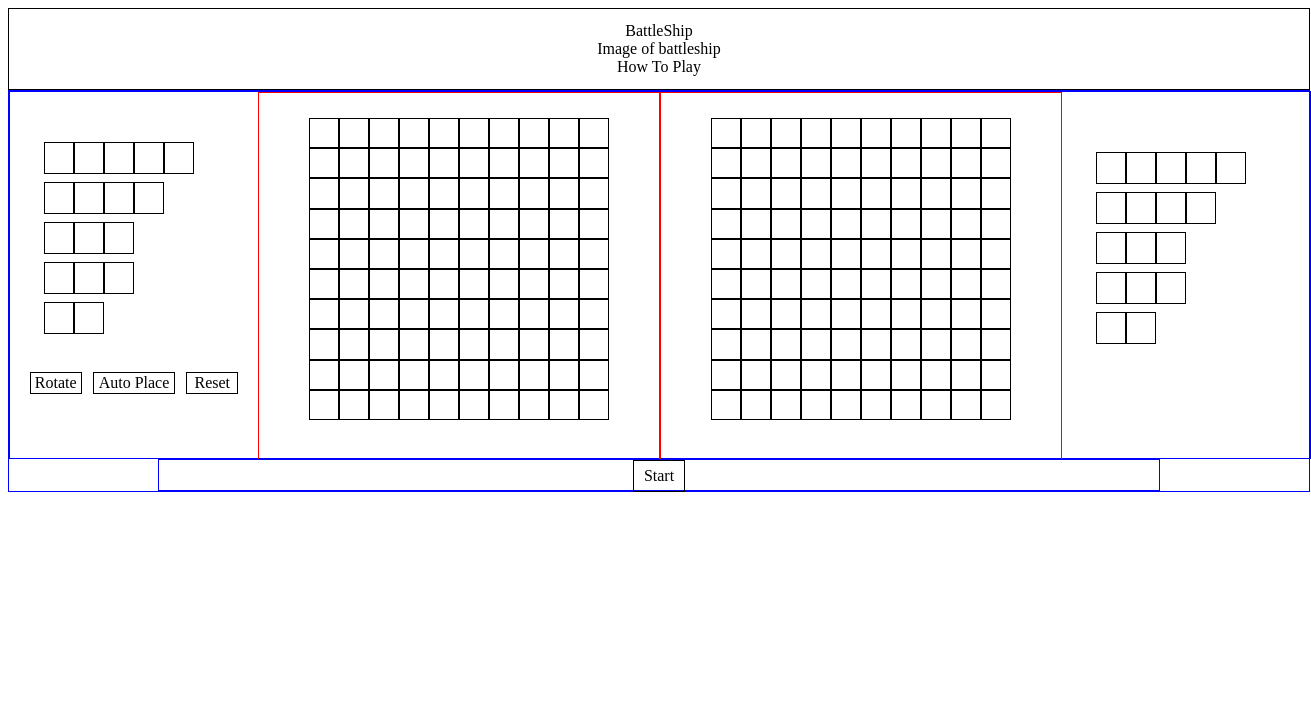
Repository: J-Haze/BattleshipApp
Page: /
An editor plug-in stored every save of this project. The page is shown before and after the next save, followed by the edit.
The browser window is 1280 px wide. The page is 1311 px wide, so the pictures cover 1311 px, including what lies to the right of the window. The pictures show the whole page.
The project was rebuilt for these pictures with package versions that can differ from the ones it lists, and the page was loaded fresh each time. Also part of the build but not shown: src/index.css.

Above is the page before, as saved 2020-09-26 10:10:09.

### src/App.js
import React from "react";
import "./App.css";
import Game from "./Components/Game";
import Header from "./Components/Header"
// import { ProgressPlugin } from "webpack";

//test

function App() {
  return (
    <div className="App">
      <Header />
      <Game />
    </div>
  );
}

export default App;

### src/App.css
/* test */
:root{
    --black: #1B262C;
}


header {
    border: 1px solid black;

    display: flex;
    flex-direction: column;
    justify-content: center;
    align-items: center;
    margin-left: auto;
    margin-right: auto;
    width: 1300px;
    height: 80px;

}

/* div {
    border: 1px solid black;
} */

#how-to:hover{
    cursor: pointer;
}

#game{
    width: 1300px;
    height: 400px;
    display: flex;
    flex-direction: column;
    border: 1px solid blue;
    margin-left: auto;
    margin-right: auto;
}

.column{
    width: 400px;
    height: 100%;
    border: 1px solid red;
}

.board{
    height: 300px;
    width: 300px;
    margin-left: auto;
    margin-right: auto;
    margin-top: 25px;

    display: grid;
    grid-template-columns: repeat(1, 1fr);
    grid-template-rows: repeat(10, 1fr);
    gap: 2px;
}

.row{
    display: flex;
    /* height: 30px; */
    height: 1fr;
    width: 1fr;
}

.square{
    /* height: 100%;
    width: 10%; */
    display: flex;
    height: 100%;
    width: 10%;
    border: 1px solid black;
}

.ship{
    background-color:gray;
    height: 100%;
    width: 100%;
}

.hit{
    background-color:red;
    height: 100%;
    width: 100%;
}

.miss{
    background-color:lightblue;
    height: 100%;
    width: 100%;
}

.sunk{
    background-color:black;
    height: 100%;
    width: 100%;
}

.empty{
    /* background-color: yellow; */
    height: 100%;
    width: 100%;
}

.clickable:hover{
    background-color: rgb(205, 205, 205);
    cursor: pointer;
}

#top-row{
    display: flex;
    width: 1300px;
    height: 400px;
    border: 1px solid blue;
    margin-left: auto;
    margin-right: auto;
}

#bottom-row{
    display: flex;
    width: 1000px;
    height: 30px;
    border: 1px solid blue;
    margin-left: auto;
    margin-right: auto;
}

#start-button{
    margin-left: auto;
    margin-right: auto;
}

.fleet-square{
    width: 30px;
    height: 30px;
    border: 1px solid black;
}

.fleet-horizontal{
    height: 220px;
    width: 220px;
    margin-top: 50px;
    margin-left: auto;
    margin-right: auto;
}

.ship-harbor-horizontal{
    display: flex;
    height: 30px;
    margin-top: 10px;
    margin-left: 20px;
    border: none;
}

.carrier-horizontal{
    width: 150px;
}

.battleship-horizontal{
    width: 120px;
}

.cruiser-horizontal{
    width: 90px;
}

.submarine-horizontal{
    width: 90px;
}

.destroyer-horizontal{
    width: 60px;
}

.fleet-vertical{
    display: flex;
    height: 220px;
    width: 220px;
    margin-top: 50px;
    margin-left: auto;
    margin-right: auto;
}

.ship-harbor-vertical{
    display: flex;
    flex-direction: column;
    width: 30px;
    margin-left: 10px;
    margin-top: 50px;
    border: none;
}

.carrier-vertical{
    height: 150px;
}

.battleship-vertical{
    height: 120px;
}

.cruiser-vertical{
    height: 90px;
}

.submarine-vertical{
    height: 90px;
}

.destroyer-vertical{
    height: 60px;
}

.toggle{
    background-color: gray;
}

.boat-placed{
    background-color: black;
    width: 30px;
    height: 30px;
    border: 1px solid black;
}

#setup{
    margin-left: auto;
    margin-right: auto;
}

#setup-buttons{
    display: flex;
    margin-top: 10px;
}

.btn{
    height: 20px;
    display: flex;
    justify-content: center;
    align-items: center;
    margin-left: auto;
    margin-right: auto;
    border: 1px solid black;
}

.btn:hover{
    cursor: pointer;
}

#rotate{
    width: 50px;
}

#auto-place{
    width: 80px;
}

#reset{
    width: 50px;
}

#start-button{
    border: 1px solid black;
    display: flex;
    justify-content: center;
    align-items: center;
    width: 50px;
    height: 30px;
}

#start-button:hover{
    cursor: pointer;
}

#newGame{
    border: 1px solid black;
    display: flex;
    justify-content: center;
    align-items: center;
    margin-left: auto;
    margin-right: auto;
    width: 80px;
    height: 30px;
}

#newGame:hover{
    cursor: pointer;
}


/* End of Game Modal */

.modal{
    display: block;
    position: fixed;
    z-index: 1;
    left: 0;
    top: 0;
    width: 100%;
    height: 100%;
    overflow: auto;
    background-color: rgb(0,0,0);
    background-color: rgba(0,0,0,0.4);
  }

  .modal-content{
    background-color: #fefefe;
    margin: 15% auto;
    padding: 20px;
    border: 1px solid #888;
    width: 350px;

  }

  .close{
    color: #aaa;
    float: right;
    font-size: 28px;
    font-weight: bold;
  }

  .close:hover, .close:focus {
    color: black;
    text-decoration: none;
    cursor: pointer;
  }

### src/Components/Game.js
import React, { useState, useEffect } from "react"
import shipFactory from "../factories/ship"
import gameboardFactory from "../factories/gameboard"
import player from "../factories/player"
import Board from "./Board.js"
import Row from "./Row.js"
import PlayerFleet from "./PlayerFleet.js"
import Fleet from "./Fleet.js"
import ModalEnd from "./ModalEnd.js"

function Game() {
    const [playerState, setPlayer] = useState(player("Player"))
    const [computer, setComputer] = useState(player("Computer")) //Eventually change to "computer"
    // ^^^ or get rid of argument


    const [rowState, setRowState] = useState([]);
    let rows = [];

    const [orientation, setOrientation] = useState("horizontal");
    const [placingShip, setPlacingShip] = useState(null);

    const [refresh, setRefresh] = useState(false);
    const [update, setUpdate] = useState(false);

    // const [phase, setPhase] = useState("playerTurn")
    const [phase, setPhase] = useState("setup")

    const [modalOpen, setModalOpen] = useState(false);
    const [winner, setWinner] = useState(null);

    function handlePlaceShip(id) {
        playerState.gameboard.placeShip(placingShip, id, orientation);
        setPlayer(playerState)
        setUpdate(!update)
    }


    function togglePlacement(toggledShip) {
        if (playerState.gameboard.boatsPlaced.includes(toggledShip)) {
            console.log("Ship already placed")
            return
        }

        if (placingShip == toggledShip) {
            setPlacingShip(null)
        } else {
            setPlacingShip(toggledShip)
        }
    }

    function rotateShips() {
        if (orientation == "vertical") {
            setOrientation("horizontal")
        } else if (orientation == "horizontal") {
            setOrientation("vertical")
        } else {
            console.log("error- rotation")
        }
    }

    let randomID = "";
    let orientationNumber = "";
    let randomOrientation = ""

    function getRandomInt(min, max) {
        min = Math.ceil(min);
        max = Math.floor(max);
        return Math.floor(Math.random() * (max - min + 1)) + min;
    }

    function autoPlaceShipPlayer(ship) {
        while (!playerState.gameboard.boatsPlaced.includes(ship)) {
            randomID = getRandomInt(0, 99);
            orientationNumber = getRandomInt(0, 1);
            (orientationNumber == 0) ? randomOrientation = "horizontal" : randomOrientation = "vertical";
            playerState.gameboard.placeShip(ship, randomID, randomOrientation);
        }
    }

    function autoPlaceShipComputer(ship) {
        while (!computer.gameboard.boatsPlaced.includes(ship)) {
            randomID = getRandomInt(0, 99);
            orientationNumber = getRandomInt(0, 1);
            (orientationNumber == 0) ? randomOrientation = "horizontal" : randomOrientation = "vertical";
            computer.gameboard.placeShip(ship, randomID, randomOrientation);
        }
    }

    function autoPlace(user) {
        if (user == "player") {
            resetBoard();
            autoPlaceShipPlayer("carrier");
            setPlayer(playerState);
            autoPlaceShipPlayer("battleship");
            setPlayer(playerState);
            autoPlaceShipPlayer("cruiser");
            setPlayer(playerState);
            autoPlaceShipPlayer("submarine");
            setPlayer(playerState);
            autoPlaceShipPlayer("destroyer");
            setPlayer(playerState);
            setUpdate(!update);
        };

        if (user == "computer") {
            autoPlaceShipComputer("carrier");
            setComputer(computer);
            autoPlaceShipComputer("battleship");
            setComputer(computer);
            autoPlaceShipComputer("cruiser");
            setComputer(computer);
            autoPlaceShipComputer("submarine");
            setComputer(computer);
            autoPlaceShipComputer("destroyer");
            setComputer(computer);
            setUpdate(!update);
            setRefresh(!refresh);
        };
    };

    function resetBoard() {
        setPlayer(player("Player"));
        setComputer(player("Computer"));
        setPlacingShip(null);
        setUpdate(!update);
        setRefresh(!refresh);
    }

    let attackCoord = "";

    function startGame() {
        if (playerState.gameboard.boatsPlaced.length > 4) {
            autoPlace("computer")
            setPhase("playerTurn")
        }
    };

    function handleClick(id) {
        attackCoord = playerState.sendAttack(id);
        computer.gameboard.receiveAttack(attackCoord);
        setRefresh(!refresh);
        console.log("allSunk?", computer.gameboard.boatsSunk.length)
        if (computer.gameboard.boatsSunk.length > 4) {
            alert("You won!")
            setWinner("Player")
            setModalOpen(true)
        } else {
            setPhase("computerTurn");
        }
    };

    function createRows(board) {
        rows = [];
        for (let i = 0; i < board.length; i += 10) {
            rows.push(board.slice(i, i + 10));
        }
        setRowState(rows);
    }

    useEffect(() => {
        createRows(computer.gameboard.board);
    }, [computer, refresh]
    );

    let randomAttack = 0;
    function computerAttack() {

        attackCoord = computer.sendAttack(1);
        playerState.gameboard.receiveAttack(attackCoord);
        setPlayer(playerState)
        setUpdate(!update);
        setRefresh(!refresh);

        if (playerState.gameboard.boatsSunk.length > 4) {
            alert("You Lost")
            setWinner("Computer")
            setModalOpen(true)
        } else {
            setPhase("playerTurn");
        }
    }



    useEffect(() => {
        if (phase == "computerTurn") {
            computerAttack();
        }
    }, [phase]
    )

    function newGame() {
        resetBoard();
        setPhase("setup");
    }

    return (
        <div id="game">
            <div id="top-row">
                {modalOpen && <ModalEnd
                    winner={winner}
                // hideModal={hideModal}
                // handleSubmit={handleSubmit}
                // handleChange={handleChange}
                // titleForm={titleForm}
                // authorForm={authorForm}
                // pageForm={pageForm}
                // readForm={readForm}
                // setReadForm={setReadForm}
                />}
                <div id="setup">
                    {/* if phase is setup, display player fleet, else display PlayerGame Fleet */}
                    {/* Make it same as computer's fleet but with different ID */}
                    {(phase == "setup") ?
                        <div id="setup-container">
                            <PlayerFleet
                                id="setup-fleet"
                                className="player-fleet"
                                orient={orientation}
                                togglePlacement={togglePlacement}
                                placingShip={placingShip}
                                phase={phase}
                                boatsPlaced={playerState.gameboard.boatsPlaced}
                                update={update}
                            />
                            <div id="setup-buttons">
                                <div id="rotate" className="btn" onClick={() => rotateShips()}>Rotate</div>
                                <div id="auto-place" className="btn" onClick={() => autoPlace("player")}>Auto Place</div>
                                <div id="reset" className="btn" onClick={() => resetBoard()}>Reset</div>
                            </div>
                        </div>
                        :
                        <Fleet
                            id="player-fleet"
                            phase={phase}
                            boatsSunk={playerState.gameboard.boatsSunk}
                            refresh={refresh}
                        />
                    }
                </div>

                <div id="col-one" className="column">
                    <Board
                        key={"player"}
                        id="player-board"
                        board={playerState.gameboard.board}
                        phase={phase}
                        boardID={"player"}
                        handlePlaceShip={handlePlaceShip}
                        update={update}
                    // handleClick={}
                    // handleTest={handleTest}
                    />


                </div>
                <div id="col-two" className="column">
                    <div id="computer-board" className="board">
                        {rowState.map((row, i) => {
                            return (
                                <Row
                                    key={i}
                                    roww={i}
                                    rowObj={row}
                                    handleClick={handleClick}
                                    phase={phase}
                                    boardID={"computer"}
                                    update={update}
                                />
                            );
                        })
                        }
                    </div>
                </div>

                {/* <div id="computer-fleet" className="fleet"></div> */}
                <Fleet
                    id="computer-fleet"
                    phase={phase}
                    boatsSunk={computer.gameboard.boatsSunk}
                    refresh={refresh}
                />
            </div>
            <div id="bottom-row">
                {(phase == "setup") ?
                    < div id="start-button" onClick={() => startGame()}>Start</div> :
                    <div id="newGame" onClick={() => newGame()}>New Game</div>}
            </div>
        </div>
    )
}

export default Game;

### src/Components/Header.js
import React from "react"
// import shipFactory from "../factories/ship"
// import gameboardFactory from "../factories/gameboard"
// import player from "../factories/player"


function Header() {
    return (
        <header>
            <div>BattleShip</div>
            <div> Image of battleship </div>
            <div id="how-to"> How To Play </div>
        </header>
    )
}


export default Header;

### src/factories/ship.js

const shipFactory = (shipLength) => {
    const shipNames = {
        1: 'Submarine',
        2: 'Destroyer',
        3: 'Cruiser',
        4: 'Battleship',
        5: 'Carrier',
    };

    const name = shipNames[shipLength];

    if (shipLength == 1) {
        shipLength = 3;
    }


    let ship = [];
    for (let i = 0; i < shipLength; i++) {
        ship.push([false, i, name])
    }

    let hit = (hitLocation) => {
        ship[hitLocation] = [true, hitLocation, name];
        console.log("Hit!", ship)
        console.log(`You've hit my ${name}`)
        // console.log("hits length", hit.length)
        // console.log("ship.length", ship.length)
        return ship
    }

    let isSunk = () => {
        let sunkStatus = false
        ship[0][0] == true ? sunkStatus = true : sunkStatus = false
        for (let square in ship) {
            // console.log("ship:", ship)
            // console.log(ship[square])
            sunkStatus = (ship[square][0] && sunkStatus)
        }
        // let sunkStatus = ship[0].every(Boolean);
        return sunkStatus
    }

    return {
        //id,
        name,
        shipLength,
        ship,
        hit,
        isSunk
    }
}

// const destroyer = shipFactory(2)
// const cruiser = shipFactory(3)
// const battleship = shipFactory(4)
// const carrier = shipFactory(5)

export default shipFactory;

//export default {shipFactory, destroyer, cruiser, battleship, carrier}

//Comment out with not testing
// module.exports = shipFactory;

### src/factories/player.js
// import shipFactory from "./ship"
import gameboardFactory from "./gameboard"

const player = (playerName) => {
    // const submarine = shipFactory(1)
    // const destroyer = shipFactory(2)
    // const cruiser = shipFactory(3)
    // const battleship = shipFactory(4)
    // const carrier = shipFactory(5)
    const getBoard = gameboardFactory();
    const gameboard = getBoard;
    let attackCoord = 100;
    let index = 100;

    const squaresToGuess = [];

    for (let i = 0; i <= 99; i++) {
        squaresToGuess.push(i);
    }
    // console.log(squaresToGuess)

    //Randomly sends an attack
    const sendAttack = (coord) => {
        // if (playerName == "Computer") {
        // }
        // console.log("yes", playerName)
        if (playerName == "Player") {
            attackCoord = coord;
            index = squaresToGuess.indexOf(attackCoord);
            squaresToGuess.splice(index, 1);
        } else {
            // console.log("s2g", squaresToGuess.length - 1)
            attackCoord = Math.floor(Math.random() * (squaresToGuess.length - 1));
            index = squaresToGuess.indexOf(attackCoord);
            squaresToGuess.splice(index, 1);
            // console.log("index:", index)
        }

        // console.log({ attackCoord })
        // console.log("squares to guess:", squaresToGuess)
        return attackCoord
    }



    //send attack will take coordinates and "send an attack" to the OPPOSING board
    //Need to make sure it has an array of 0-99 and takes away the guessed numbers from that array.
    //random between 0 and array.length

    return {
        gameboard,
        squaresToGuess,
        sendAttack
    }
}








export default player;

### src/Components/Board.js
import React, { useState, useEffect } from "react"
// import shipFactory from "../factories/ship"
// import gameboardFactory from "../factories/gameboard"
// import player from "../factories/player"
// import Square from "./Square.js"
import Row from "./Row.js"
// import Player from "./Player.js"

function Board(props) {
    let { id, board, phase, boardID, handlePlaceShip, update } = props;

    const [rowState, setRows] = useState([]);

    // let rows = [];


    useEffect(() => {
        let rows = [];
        for (let i = 0; i < board.length; i += 10) {
            rows.push(board.slice(i, i + 10));
        }
        setRows(rows);
    }, [update]
    );



    return (
        <div id={id} className="board">
            {/* {squareItems} */}
            {rowState.map((row, i) => {
                return (
                    <Row
                        key={i}
                        roww={i}
                        rowObj={row}
                        phase={phase}
                        boardID={boardID}
                        handlePlaceShip={handlePlaceShip}
                    // position={[i, j]}
                    // position={square}
                    // key={square.}
                    // key={book.title}
                    // book={book}
                    // handleDelete={handleDelete}
                    // toggleRead={toggleRead}
                    // toggleReading={toggleReading}
                    // toggleNotRead={toggleNotRead}
                    />
                );
            })
            }
        </div>
    )
}

export default Board;

### src/Components/Row.js
import React, { useState, useEffect } from "react"
// import shipFactory from "../factories/ship"
// import gameboardFactory from "../factories/gameboard"
// import player from "../factories/player"
import Square from "./Square"

function Row(props) {
    let { roww, rowObj, handleClick, phase, boardID, handlePlaceShip, update } = props;


    useEffect(() => {
        rowObj = rowObj;
    },
        [update]
    );

    return (
        <div className="row">
            {rowObj.map((square, j) => {
                return (
                    <Square
                        key={j}
                        row={roww}
                        col={j}
                        squareObj={square}
                        handleClick={handleClick}
                        phase={phase}
                        boardID={boardID}
                        handlePlaceShip={handlePlaceShip}
                    />
                );
            })
            }
        </div>
    )
};
export default Row;

### src/Components/Fleet.js
import React, { useState, useEffect } from "react"

function Fleet(props) {

    let sunkCarrier = "";
    let sunkBattleship = "";
    let sunkCruiser = "";
    let sunkSubmarine = "";
    let sunkDestroyer = "";

    if (props.boatsSunk.includes("Carrier")) {
        sunkCarrier = "sunk";
    } else {
        sunkCarrier = "";
    };

    if (props.boatsSunk.includes("Battleship")) {
        sunkBattleship = "sunk";
    } else {
        sunkBattleship = "";
    };

    if (props.boatsSunk.includes("Cruiser")) {
        sunkCruiser = "sunk";
    } else {
        sunkCruiser = "";
    };

    if (props.boatsSunk.includes("Submarine")) {
        sunkSubmarine = "sunk";
    } else {
        sunkSubmarine = "";
    };

    if (props.boatsSunk.includes("Destroyer")) {
        sunkDestroyer = "sunk";
    } else {
        sunkDestroyer = "";
    };

    return (
        <div id={props.id} className="fleet-horizontal" >
            <div className={`carrier-horizontal ship-harbor-horizontal ${sunkCarrier}`} >
                <div className="fleet-square"></div>
                <div className="fleet-square"></div>
                <div className="fleet-square"></div>
                <div className="fleet-square"></div>
                <div className="fleet-square"></div>
            </div>
            <div className={`battleship-horizontal ship-harbor-horizontal ${sunkBattleship}`} >
                <div className="fleet-square"></div>
                <div className="fleet-square"></div>
                <div className="fleet-square"></div>
                <div className="fleet-square"></div>
            </div>
            <div className={`cruiser-horizontal ship-harbor-horizontal ${sunkCruiser}`} >
                <div className="fleet-square"></div>
                <div className="fleet-square"></div>
                <div className="fleet-square"></div>
            </div>
            <div className={`submarine-horizontal ship-harbor-horizontal ${sunkSubmarine}`} >
                <div className="fleet-square"></div>
                <div className="fleet-square"></div>
                <div className="fleet-square"></div>
            </div>
            <div className={`destroyer-horizontal ship-harbor-horizontal ${sunkDestroyer}`} >
                <div className="fleet-square"></div>
                <div className="fleet-square"></div>
            </div>
        </div >
    )


};

export default Fleet;

### src/Components/ModalEnd.js
import React, { useState, useEffect } from "react";

function ModalEnd(props) {

    if (props.winner == "Player") {
        return (
            <div className="modal">
            <div id="player-wins" className="modalContent">
            <div className="message">You Win!</div>
                </div>
            </div>
        )
    } else {
        return (
            <div className="modal">
            <div id="computer-wins" className="modalContent">
            <div className="message"> You Lose.</div>
                </div>
            </div>
        )
    }
}

export default ModalEnd;

Loaded but not shown: public/index.html (common file); src/index.js (common file); src/serviceWorker.js (common file); src/factories/gameboard.js (222 lines, source omitted); src/Components/PlayerFleet.js (161 lines, source omitted); src/Components/Square.js (77 lines, source omitted)

After the next save:
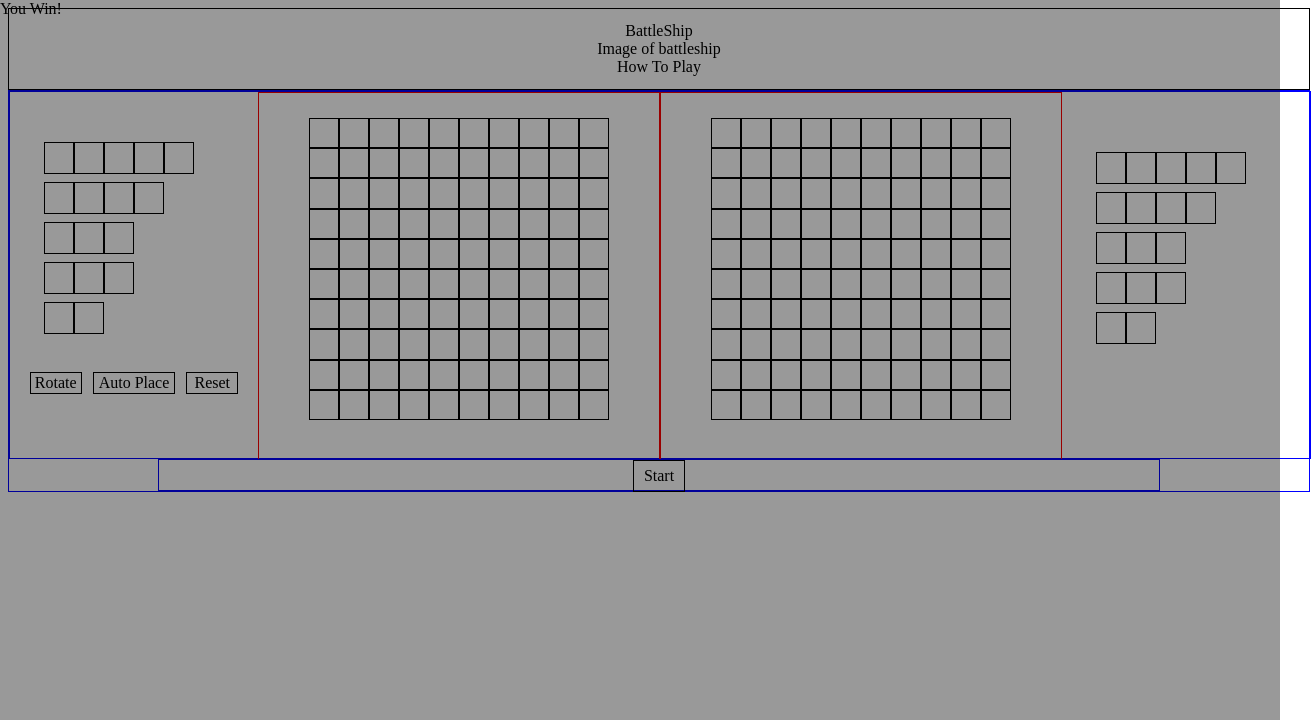
Saved 107 s later.
--- a/src/Components/Game.js
+++ b/src/Components/Game.js
@@ -26,8 +26,8 @@ function Game() {
     // const [phase, setPhase] = useState("playerTurn")
     const [phase, setPhase] = useState("setup")
 
-    const [modalOpen, setModalOpen] = useState(false);
-    const [winner, setWinner] = useState(null);
+    const [modalOpen, setModalOpen] = useState(true);
+    const [winner, setWinner] = useState("Player");
 
     function handlePlaceShip(id) {
         playerState.gameboard.placeShip(placingShip, id, orientation);
